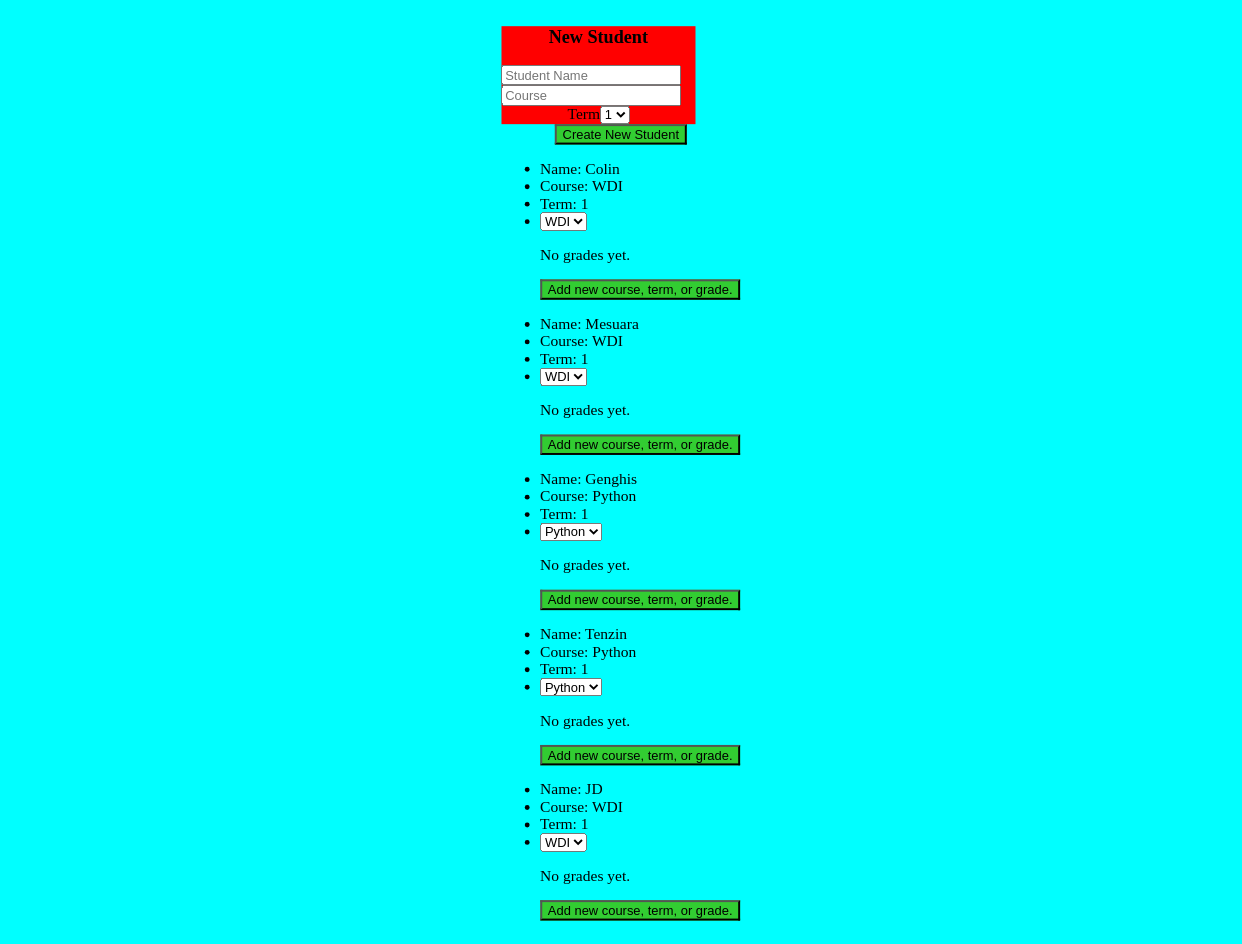
Repository: EdmontDantes/graderaide-ui
Page: index.html
The author's editor kept a copy of each file at every save. The page is drawn from the files as they stood at one save, then again after the next save.
The browser window is 1280 px wide. The pictures show the whole page, at 97% of full size.

Above is the page before, as saved 2020-04-21 14:34:33.

### index.html
<html lang="en">
  <head>
    <title>Graderaide</title>
    <meta charset="UTF-8">
    <meta name="viewport" content="width=device-width, initial-scale=1">
    <link rel="stylesheet" type="text/css" href="style.css">
  </head>

  <body>
    <section class="app">
      <section class="new-student-input">
        <h1 id="text-h1-creation-section">New Student</h1>

        <div id="new-student-input-boxes">
          <!-- <label for="new-student-name">Student Name</label> -->
          <input id="new-student-name-input-box"type="text" class="new-student-name" name="new-student-name" placeholder="Student Name">
          <!-- <label for="new-student-course">Course</label> -->
          <input id="new-student-course-input-box" type="text" class="new-student-course" name="new-student-course" placeholder="Course">
        </div>

        <div id="new-student-input-options"
          <label for="new-student-term">Term</label>
          <select class="new-student-term" name="new-student-term">
            <option value="1">1</option>
            <option value="2">2</option>
            <option value="3">3</option>
          </select>
        </div>
      </section>
      <section class="new-student-submit">
        <button type="submit" class="new-student-button">Create New Student</button>
      </section>

      <section class="student-display">
        <ul class="student-info">
          <li>Name: Colin</li>
          <li>Course: WDI</li>
          <li>Term: 1</li>
          <li>
            <select class="course-selection">
              <option value="wdi">WDI</option>
            </select>
            <p>No grades yet.</p>
          </li><button>Add new course, term, or grade.</button>
        </ul>
        <ul class="student-info">
          <li>Name: Mesuara</li>
          <li>Course: WDI</li>
          <li>Term: 1</li>
          <li>
            <select class="course-selection">
              <option value="wdi">WDI</option>
            </select>
            <p>No grades yet.</p>
          </li><button>Add new course, term, or grade.</button>
        </ul>
        <ul class="student-info">
          <li>Name: Genghis</li>
          <li>Course: Python</li>
          <li>Term: 1</li>
          <li>
            <select class="course-selection">
              <option value="python">Python</option>
            </select>
            <p>No grades yet.</p>
          </li><button>Add new course, term, or grade.</button>
        </ul>
        <ul class="student-info">
          <li>Name: Tenzin</li>
          <li>Course: Python</li>
          <li>Term: 1</li>
          <li>
            <select class="course-selection">
              <option value="python">Python</option>
            </select>
            <p>No grades yet.</p>
          </li><button>Add new course, term, or grade.</button>
        </ul>
        <ul class="student-info">
          <li>Name: JD</li>
          <li>Course: WDI</li>
          <li>Term: 1</li>
          <li>
            <select class="course-selection">
              <option value="wdi">WDI</option>
            </select>
            <p>No grades yet.</p>
          </li><button>Add new course, term, or grade.</button>
        </ul>
      </section>
    </section>
  </body>
</html>

### style.css
@media (min-width: 601px) and (max-width: 1100px);
body {
    background-color: aqua;
    display: flex;
    flex-wrap: wrap;
    justify-content: center;
}

#text-h1-creation-section {
    display: flex;
    flex-wrap: wrap;
    justify-content: center;
}

#new-student-input-options {
    display: flex;
    flex-wrap: wrap;
    justify-content: center;
}

.new-student-submit {
    display: flex;
    flex-wrap: wrap;
    justify-content: center;
}

.new-student-input {
    width: 200px;
    background-color: red;
    margin: 3px solid black;

}
button {
    background-color: limegreen ;
}

After the next save:
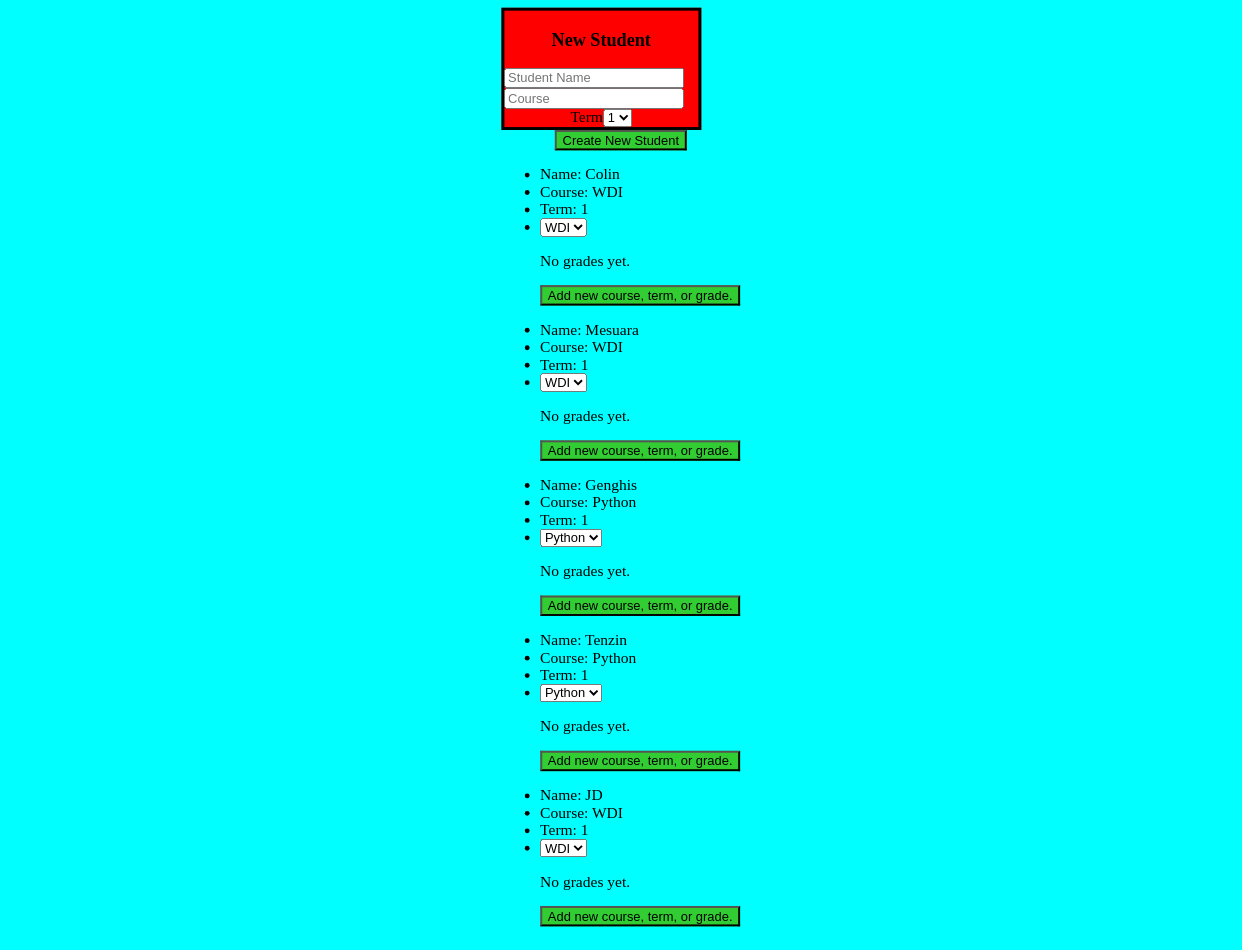
Saved 16 s later.
--- a/style.css
+++ b/style.css
@@ -27,7 +27,7 @@ body {
 .new-student-input {
     width: 200px;
     background-color: red;
-    margin: 3px solid black;
+    border: 3px solid black;
 
 }
 button {
